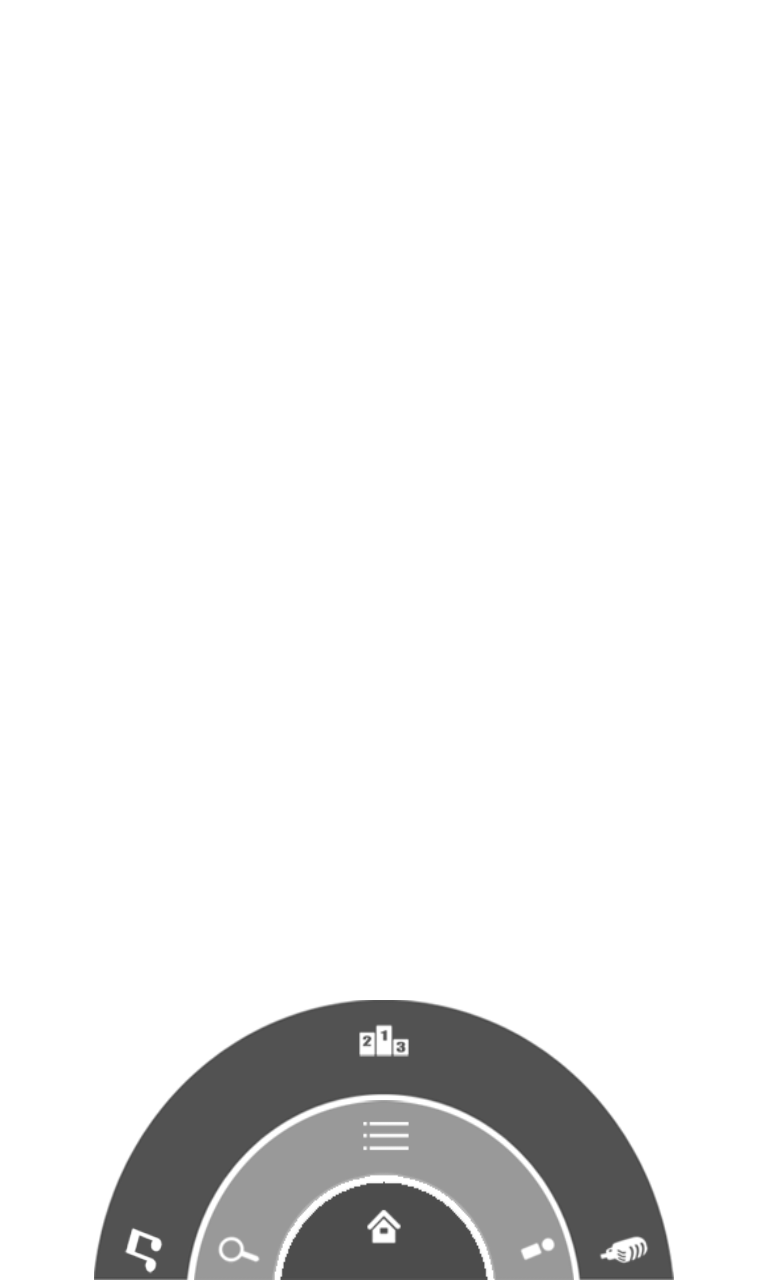
Repository: ASmouse/View
Layout: 02_UkuDemo14/res/layout/activity_main.xml
These files come from the project's save history. The layout is drawn as it stood at one moment and after the next save; the edit follows.
It is drawn on a 768 x 1280 px phone screen (xhdpi) without system bars, with theme AppTheme; the app's code is not run.

Above is the layout before, as saved 2015-10-24 03:06:00.

After the next save:
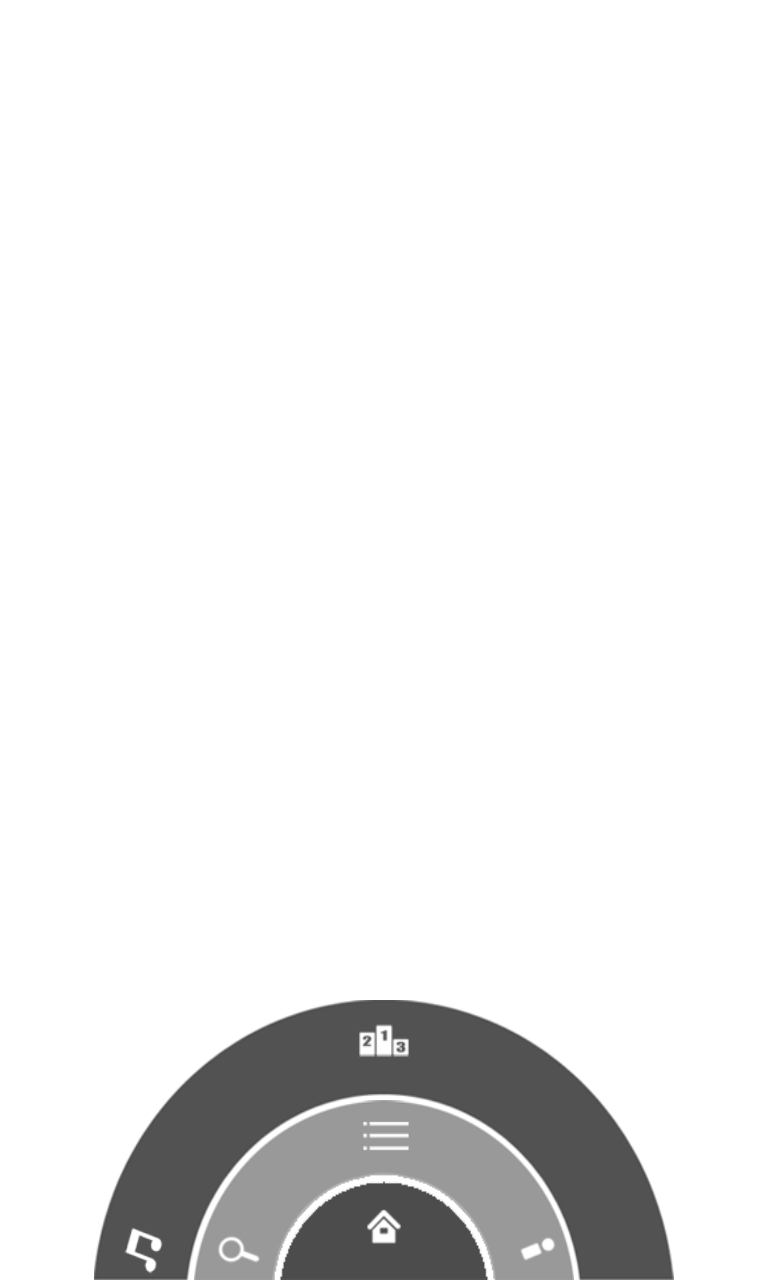
Saved 39 s later.
--- a/02_UkuDemo14/res/layout/activity_main.xml
+++ b/02_UkuDemo14/res/layout/activity_main.xml
@@ -74,6 +74,7 @@
         <!-- 第一个按钮 -->
 
         <ImageView
+            android:id="@+id/channel1"
             android:layout_width="wrap_content"
             android:layout_height="wrap_content"
             android:layout_alignParentBottom="true"
@@ -83,6 +84,7 @@
         <!-- 第四个按钮 -->
 
         <ImageView
+            android:id="@+id/channel4"
             android:layout_width="wrap_content"
             android:layout_height="wrap_content"
             android:layout_centerHorizontal="true"
@@ -93,17 +95,17 @@
         <!-- 第七个按钮 -->
 
         <ImageView
-            android:layout_width="wrap_content"
+            android:id="@+id/channel7"
             android:layout_height="wrap_content"
             android:layout_alignParentBottom="true"
             android:layout_alignParentRight="true"
             android:layout_marginLeft="10dip"
             android:layout_marginRight="10dip"
             android:layout_marginTop="5dip"
+            ayout_width="wrap_content"
             android:src="@drawable/channel7" />
 
-
-         <!-- 第二个按钮 -->
+        <!-- 第二个按钮 -->
 
         <ImageView
             android:layout_width="wrap_content"

After the save that followed:
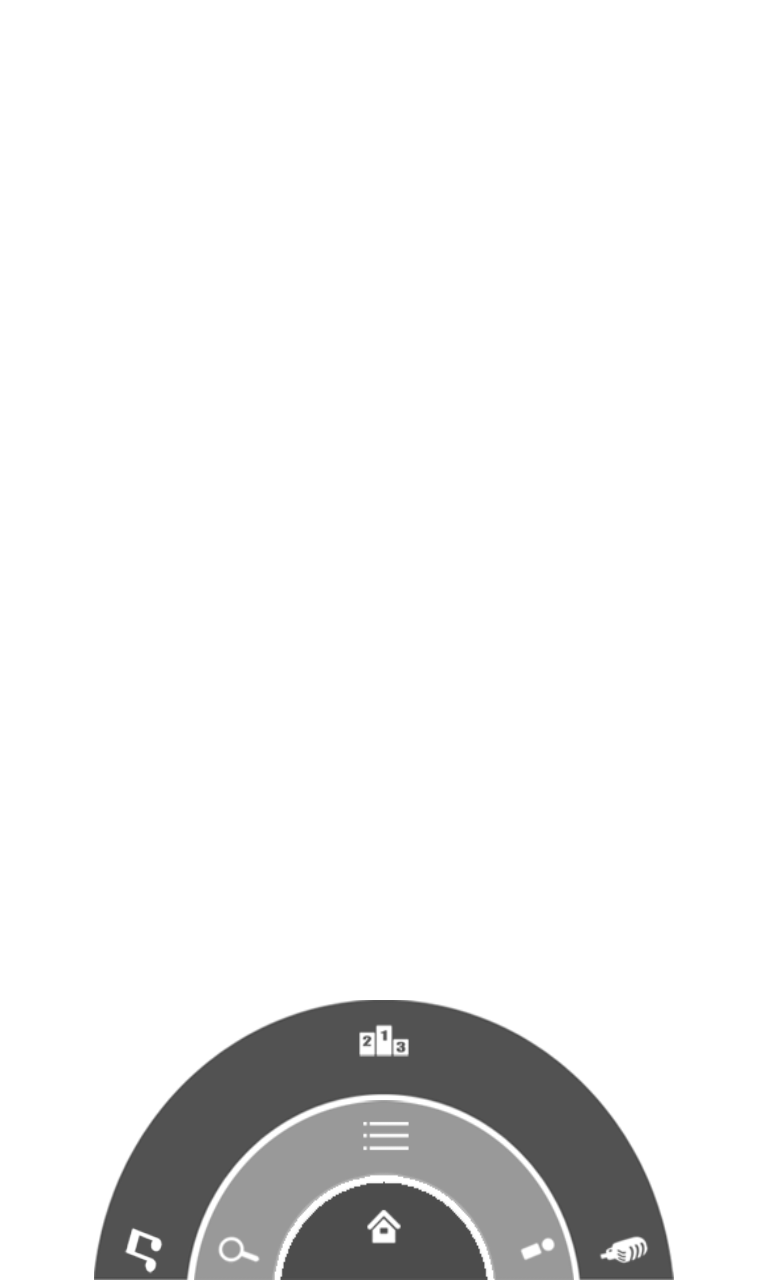
Saved 7 s later.
--- a/02_UkuDemo14/res/layout/activity_main.xml
+++ b/02_UkuDemo14/res/layout/activity_main.xml
@@ -102,7 +102,7 @@
             android:layout_marginLeft="10dip"
             android:layout_marginRight="10dip"
             android:layout_marginTop="5dip"
-            ayout_width="wrap_content"
+            android:layout_width="wrap_content"
             android:src="@drawable/channel7" />
 
         <!-- 第二个按钮 -->
